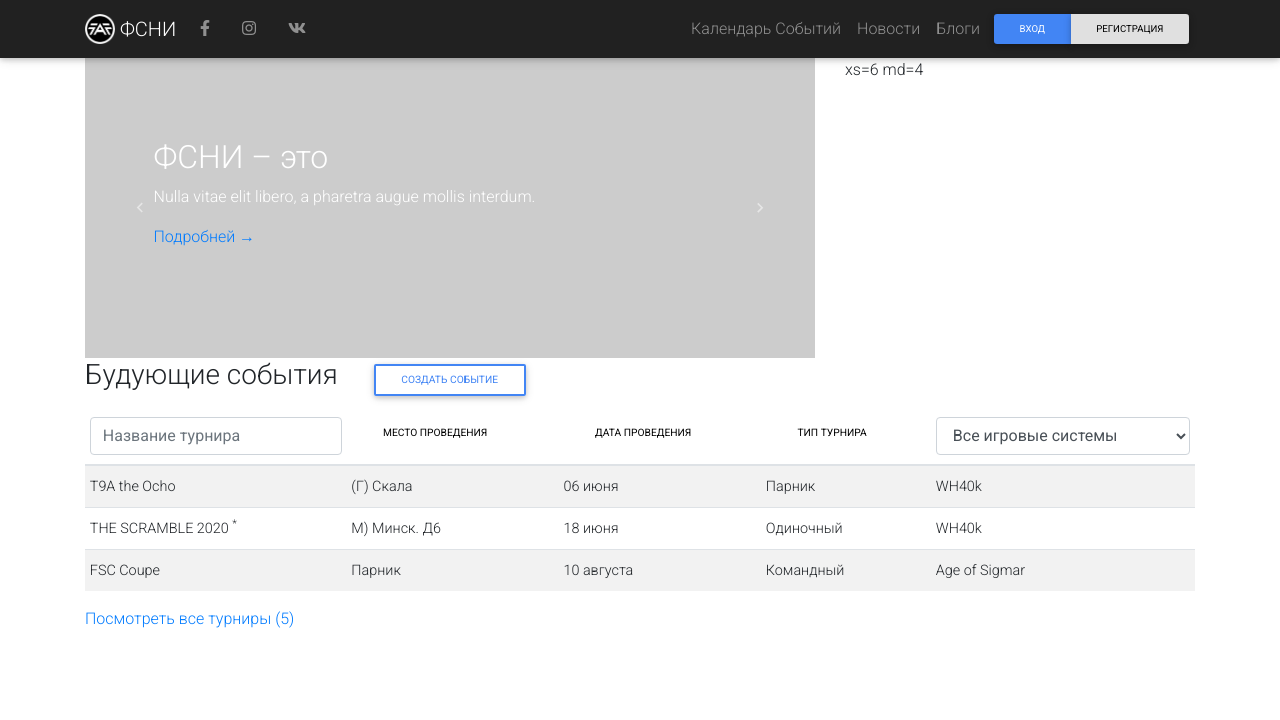
Repository: alexey1986/fsni_test
Page: /
These files come from the project's save history. The page is drawn as it stood at one moment and after a run of saves; the edit follows.
The browser window is 1280 px wide. The pictures show the whole page.
The project was rebuilt for these pictures with package versions that can differ from the ones it lists, and the page was loaded fresh each time. Also part of the build but not shown: src/pages/calendar.jsx, src/pages/news.jsx, src/pages/blogs.jsx.

Above is the page before, as saved 2020-09-02 18:57:03.

### src/index.js
import React from 'react';
import ReactDOM from 'react-dom';
import 'bootstrap/dist/css/bootstrap.min.css';
import '@fortawesome/fontawesome-free/css/all.min.css';
//import 'bootstrap-css-only/css/bootstrap.min.css';
import 'mdbreact/dist/css/mdb.css';


import App from './App';
import * as serviceWorker from './serviceWorker';

ReactDOM.render(
  <React.StrictMode>
    <App />
  </React.StrictMode>,
  document.getElementById('root')
);

// If you want your app to work offline and load faster, you can change
// unregister() to register() below. Note this comes with some pitfalls.
// Learn more about service workers: https://bit.ly/CRA-PWA
serviceWorker.unregister();

### src/App.js
import React from 'react';
import { BrowserRouter as Router, Route } from "react-router-dom";
import NavBarComponent from './components/nav/NavBar';
import Home from './pages/home';
import Calendar from './pages/calendar';
import News from './pages/news';
import Blogs from './pages/blogs';

const App = () => {
  return (
    <Router>
      <NavBarComponent></NavBarComponent>
      <Route path="/" exact component={Home} />
      <Route path="/calendar" exact component={Calendar} />
      <Route path="/news" exact component={News} />
      <Route path="/blogs" exact component={Blogs} />
    </Router>
  )
}


export default App;

### src/components/nav/NavBar.jsx
import React from 'react';
import { Link, NavLink } from "react-router-dom";
import { Container, Navbar, Nav, ButtonGroup, Button } from 'react-bootstrap';
import SocialButtons from './SocialButtons';
import logo from './logo.png';

const NavBarComponent = () => {
    return (
        <Navbar bg="dark" expand="lg" variant="dark" sticky="top" >
            <Container>
                <Navbar.Brand as={Link} to='/'>
                    <img
                        alt=""
                        src={logo}
                        width="30"
                        height="30"
                        className="d-inline-block align-top"
                    />{' '}
                    ФСНИ
                </Navbar.Brand>
                <Navbar.Toggle aria-controls="basic-navbar-nav" />
                <Navbar.Collapse id="basic-navbar-nav">
                    <SocialButtons />
                    <Nav>
                        <Nav.Link as={NavLink} to='/calendar'>Календарь Событий</Nav.Link>
                        <Nav.Link as={NavLink} to='/news'>Новости</Nav.Link>
                        <Nav.Link as={NavLink} to='/blogs'>Блоги</Nav.Link>
                    </Nav>
                    <ButtonGroup size="sm" aria-label="login/registration">
                        <Button variant="primary">Вход</Button>
                        <Button variant="light">Регистрация</Button>
                    </ButtonGroup>
                </Navbar.Collapse>
            </Container>
        </Navbar>
    )
}

export default NavBarComponent;

### src/pages/home.jsx
import React from 'react';
import { Container, Row, Col, Button, Table, Form } from 'react-bootstrap';
import CarouselComponent from '../components/carousel/Carousel';


import { Link } from "react-router-dom";

const Home = () => {
    return (
        <Container>
            <section>
                <Row>
                    <Col xs={12} md={8}>
                        <CarouselComponent />
                    </Col>
                    <Col xs={6} md={4}>
                        xs=6 md=4
                </Col>
                </Row>
            </section>

            <section>
                <Row>
                    <Col md="auto">
                        <h3>Будующие события</h3>
                    </Col>
                    <Col>
                        <Button variant="outline-primary" size="sm">Создать Событие</Button>{' '}
                    </Col>
                </Row>

                <Table responsive striped hover size="sm">
                    <thead>
                        <tr>
                            <th>
                                <Form.Control type="text" placeholder="Название турнира" />
                            </th>
                            <th><Button variant="link" size="sm">Место проведения</Button></th>
                            <th><Button variant="link" size="sm">Дата проведения</Button></th>
                            <th><Button variant="link" size="sm">Тип турнира</Button></th>
                            <th>
                                <Form.Control as="select">
                                    <option>Все игровые системы</option>
                                    <option>WH40k</option>
                                    <option>Age of Sigmar</option>
                                </Form.Control>
                            </th>
                        </tr>
                    </thead>
                    <tbody>
                        <tr>
                            <td>T9A the Ocho</td>
                            <td>(Г) Скала</td>
                            <td>06 июня</td>
                            <td>Парник</td>
                            <td>WH40k</td>
                        </tr>
                        <tr>
                            <td>
                                THE SCRAMBLE 2020 <sup>*</sup></td>
                            <td>М) Минск. Д6</td>
                            <td>18 июня</td>
                            <td>Одиночный</td>
                            <td>WH40k</td>
                        </tr>
                        <tr>
                            <td>FSC Coupe </td>
                            <td>Парник</td>
                            <td>10 августа</td>
                            <td>Командный</td>
                            <td>Age of Sigmar</td>
                        </tr>
                    </tbody>
                </Table>

                <Link to='/'>Посмотреть все турниры (5)</Link>


            </section>
        </Container>
    )
}

export default Home;

### src/components/nav/SocialButtons.jsx
import React from 'react';
import { Nav } from 'react-bootstrap';
import { MDBIcon } from 'mdbreact';

const SocialButtons = () => {
  return (
    <Nav className="mr-auto" >
      <Nav.Link href="#!" className="fb-ic mr-3">
        <MDBIcon fab icon="facebook-f" />
      </Nav.Link>
      <Nav.Link href="#!" className="ins-ic mr-3">
        <MDBIcon fab icon="instagram" />
      </Nav.Link>
      <Nav.Link href="#!" className="vk-ic mr-3">
        <MDBIcon fab icon="vk" />
      </Nav.Link>
    </Nav>
  );
}

export default SocialButtons;

### src/components/carousel/Carousel.jsx
import React from 'react';
import { Carousel } from 'react-bootstrap';
import { Link } from "react-router-dom";
import './styles.css';


class CarouselComponent extends React.Component {
    render() {
        return (
            <Carousel indicators={false}>
                <Carousel.Item>
                    <Carousel.Caption>
                        <h2>ФСНИ – это </h2>
                        <p>Nulla vitae elit libero, a pharetra augue mollis interdum.</p>
                        <p>
                            <Link to='/'>Подробней &#8594;</Link>
                        </p>
                    </Carousel.Caption>
                </Carousel.Item>
                <Carousel.Item>
                    <Carousel.Caption>
                        <h2>ФСНИ – это </h2>
                        <p>Lorem ipsum dolor sit amet, consectetur adipiscing elit. Vivamus magna justo, lacinia eget consectetur sed, convallis at tellus.</p>
                        <p>
                            <Link to='/'>Подробней &#8594;</Link>
                        </p>
                    </Carousel.Caption>
                </Carousel.Item>
                <Carousel.Item>
                    <Carousel.Caption>
                        <h2>ФСНИ – это </h2>
                        <p>Lorem ipsum dolor sit amet, consectetur adipiscing elit. Vivamus magna justo, lacinia eget consectetur sed, convallis at tellus.</p>
                        <p>
                            <Link to='/'>Подробней &#8594;</Link>
                        </p>
                    </Carousel.Caption>
                </Carousel.Item>
            </Carousel>
        )
    }
}

export default CarouselComponent;

### src/components/carousel/styles.css
.carousel-item {
    background: #ccc;
    height: 300px;
}

.carousel-caption {
    top: 20%;
    bottom: auto;
    text-align: left;
}

Loaded but not shown: public/index.html (common file); src/serviceWorker.js (common file)

After the next 3 saves:
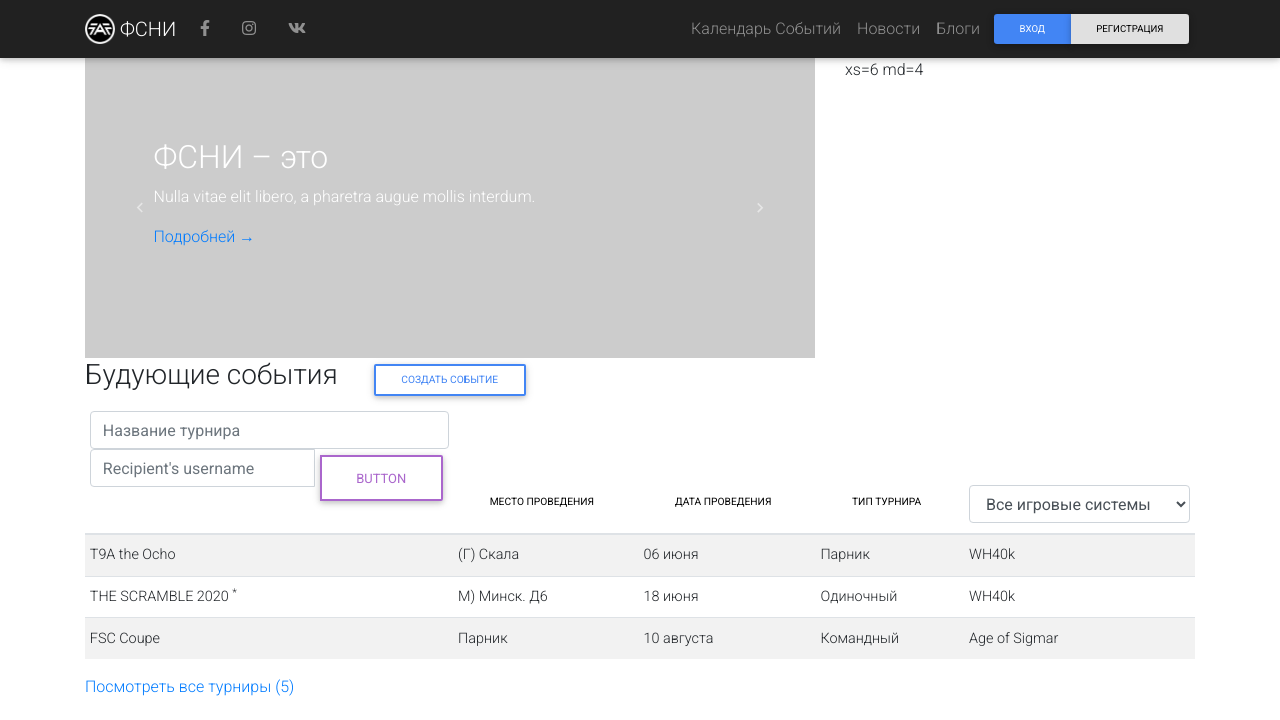
The 3 saves are shown as one change because 2 did not build or start.
The last was saved 3 min 9 s later.
--- a/src/pages/home.jsx
+++ b/src/pages/home.jsx
@@ -1,5 +1,5 @@
 import React from 'react';
-import { Container, Row, Col, Button, Table, Form } from 'react-bootstrap';
+import { Container, Row, Col, Button, Table, Form, InputGroup, FormControl } from 'react-bootstrap';
 import CarouselComponent from '../components/carousel/Carousel';
 
 
@@ -34,6 +34,17 @@
                         <tr>
                             <th>
                                 <Form.Control type="text" placeholder="Название турнира" />
+
+                                <InputGroup className="mb-3">
+                                    <FormControl
+                                        placeholder="Recipient's username"
+                                        aria-label="Recipient's username"
+                                        aria-describedby="basic-addon2"
+                                    />
+                                    <InputGroup.Append>
+                                        <Button variant="outline-secondary">Button</Button>
+                                    </InputGroup.Append>
+                                </InputGroup>
                             </th>
                             <th><Button variant="link" size="sm">Место проведения</Button></th>
                             <th><Button variant="link" size="sm">Дата проведения</Button></th>

After the save that followed:
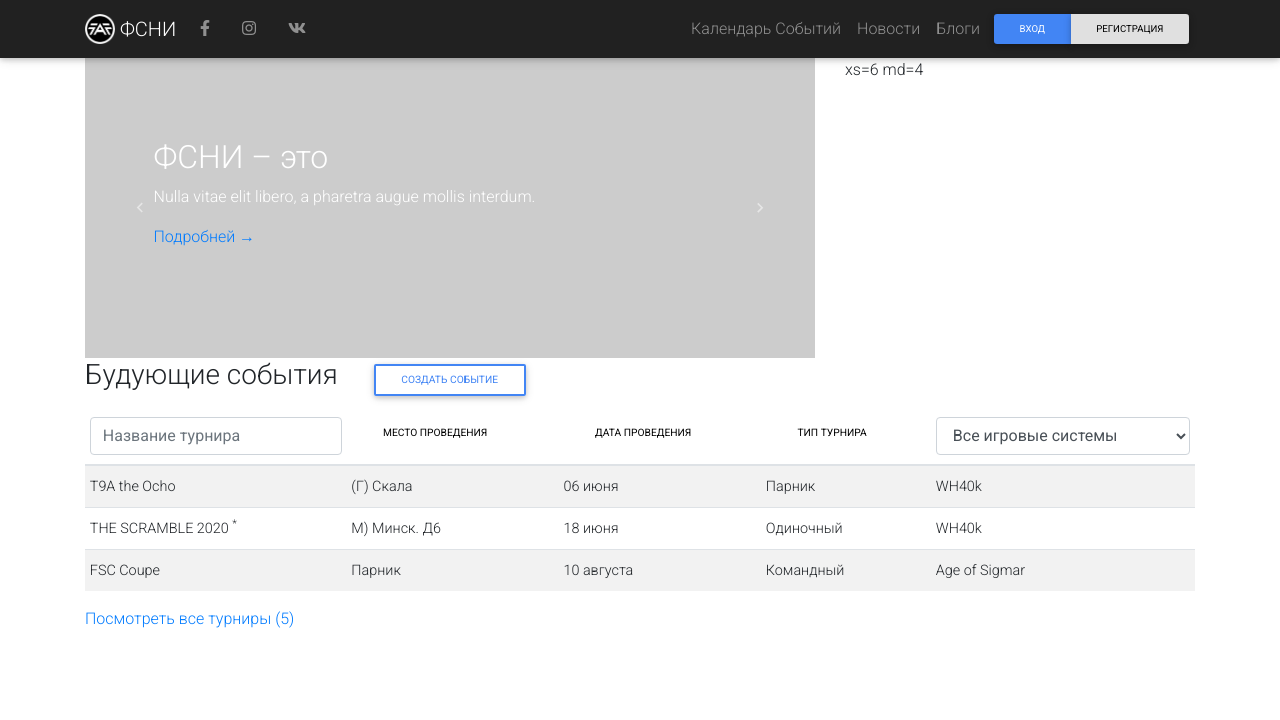
Saved 28 s later.
--- a/src/pages/home.jsx
+++ b/src/pages/home.jsx
@@ -1,5 +1,5 @@
 import React from 'react';
-import { Container, Row, Col, Button, Table, Form, InputGroup, FormControl } from 'react-bootstrap';
+import { Container, Row, Col, Button, Table, Form } from 'react-bootstrap';
 import CarouselComponent from '../components/carousel/Carousel';
 
 
@@ -34,17 +34,6 @@
                         <tr>
                             <th>
                                 <Form.Control type="text" placeholder="Название турнира" />
-
-                                <InputGroup className="mb-3">
-                                    <FormControl
-                                        placeholder="Recipient's username"
-                                        aria-label="Recipient's username"
-                                        aria-describedby="basic-addon2"
-                                    />
-                                    <InputGroup.Append>
-                                        <Button variant="outline-secondary">Button</Button>
-                                    </InputGroup.Append>
-                                </InputGroup>
                             </th>
                             <th><Button variant="link" size="sm">Место проведения</Button></th>
                             <th><Button variant="link" size="sm">Дата проведения</Button></th>
